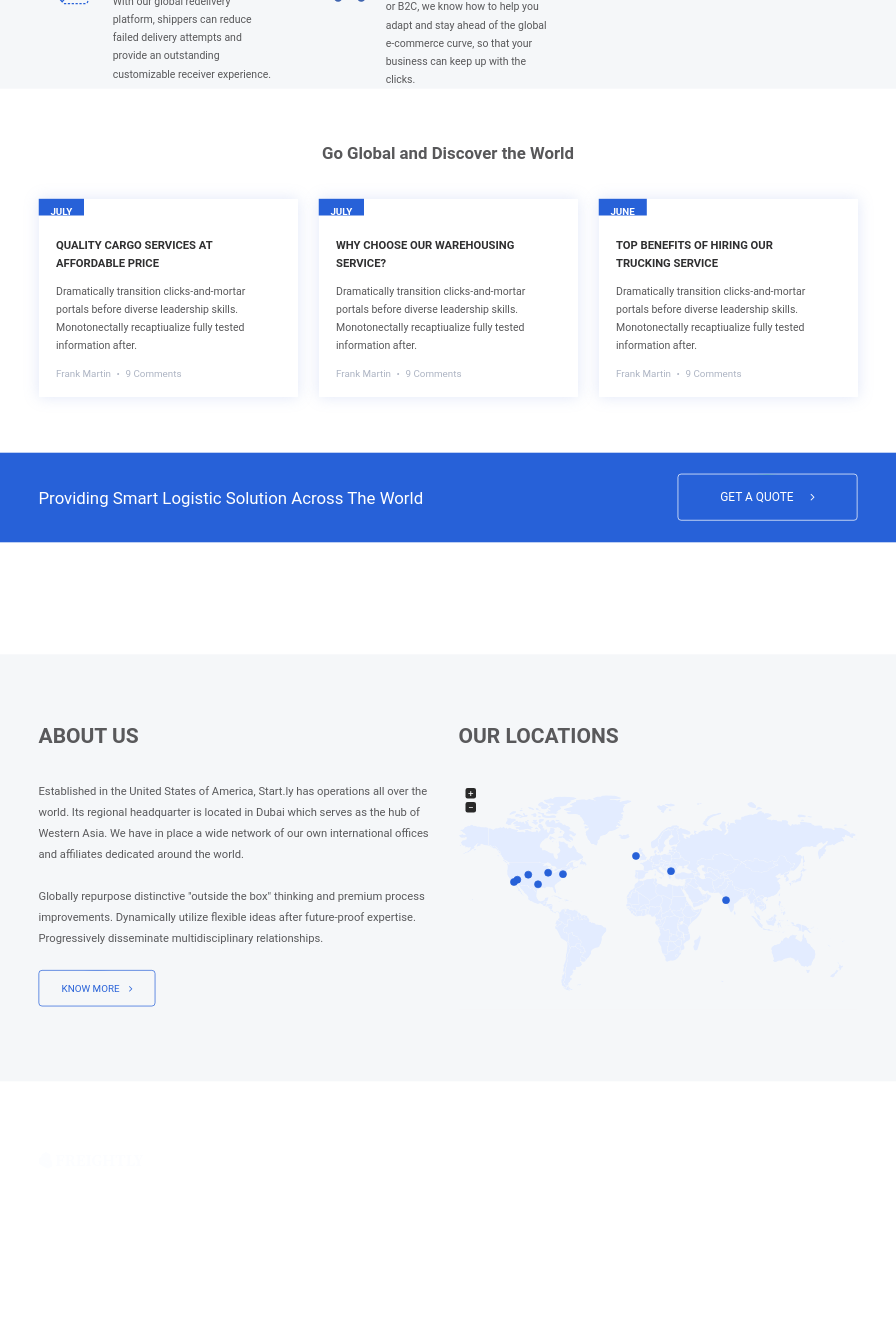
Repository: greatchriz/shipery
Page: http://localhost/
These files come from the project's save history. The page is drawn as it stood at one moment and after the next save; the edit follows.
The browser window is 1280 px wide. The pictures show the part of the page from y = 574 to 2494 px (the page is 2711 px tall before and 2750 px after), at 70% of full size.
The page is served by the project's Laravel application, run on PHP 8.4 with Laravel 10.

Above is the page before, as saved 2024-02-02 16:45:36.
Console error: TypeError: navbar.affix is not a function

After the next save:
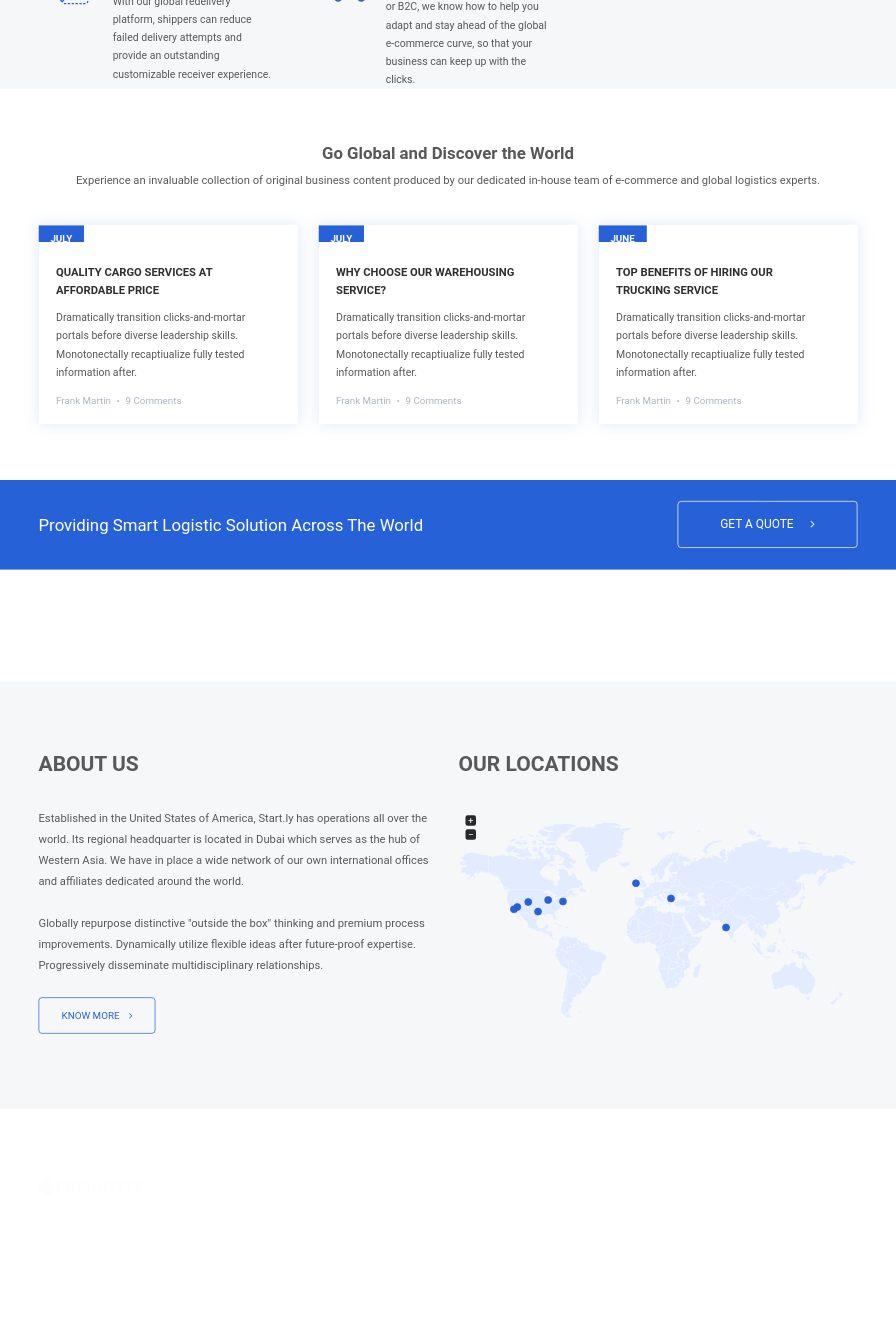
Saved 2 min 1 s later.
--- a/resources/views/components/sections/our_blog.blade.php
+++ b/resources/views/components/sections/our_blog.blade.php
@@ -2,6 +2,7 @@
     <div class="container">
       <div class="main_title">
         <h3 style="font-weight: bolder;">Go Global and Discover the World</h3>
+        <p style="margin-top: 10px; ">Experience an invaluable collection of original business content produced by our dedicated in-house team of e-commerce and global logistics experts.</p>
       </div>
       <div class="row our_blog_inner">
         <div class="col-md-4">
